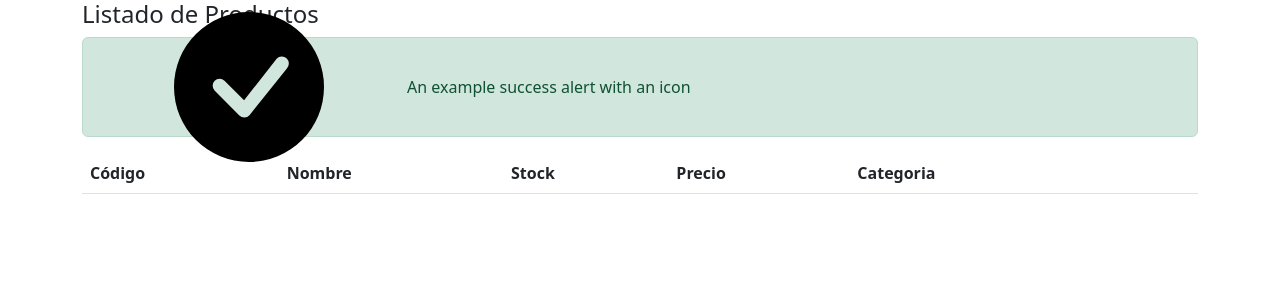
Repository: xJerson/ClaseSpring20-10-2023
Page: http://localhost/listado
An editor plug-in stored every save of this project. The page is shown before and after the next save, followed by the edit.
The browser window is 1280 px wide. The pictures show the whole page.
The page is this project's Thymeleaf template; nobody is signed in. The template is opened directly, without the code that normally fills it, so the values that code supplies are empty.

Above is the page before, as saved 2023-10-21 02:43:06.

### dawi_sesion06G2/src/main/resources/templates/listado.html
<!doctype html>
<html lang="es" xmlns:th="https://www.thymeleaf.org">
  <head>
    <meta charset="utf-8">
    <meta name="viewport" content="width=device-width, initial-scale=1">
    <title>Bootstrap demo</title>
    <link href="https://cdn.jsdelivr.net/npm/bootstrap@5.2.3/dist/css/bootstrap.min.css" rel="stylesheet" integrity="sha384-rbsA2VBKQhggwzxH7pPCaAqO46MgnOM80zW1RWuH61DGLwZJEdK2Kadq2F9CUG65" crossorigin="anonymous">
  </head>
  <body>
    <div class="container">
    	<h4>Listado de Productos</h4>

 <svg xmlns="http://www.w3.org/2000/svg" class="d-none">
  <symbol id="check-circle-fill" viewBox="0 0 16 16">
    <path d="M16 8A8 8 0 1 1 0 8a8 8 0 0 1 16 0zm-3.97-3.03a.75.75 0 0 0-1.08.022L7.477 9.417 5.384 7.323a.75.75 0 0 0-1.06 1.06L6.97 11.03a.75.75 0 0 0 1.079-.02l3.992-4.99a.75.75 0 0 0-.01-1.05z"/>
  </symbol>
  <symbol id="info-fill" viewBox="0 0 16 16">
    <path d="M8 16A8 8 0 1 0 8 0a8 8 0 0 0 0 16zm.93-9.412-1 4.705c-.07.34.029.533.304.533.194 0 .487-.07.686-.246l-.088.416c-.287.346-.92.598-1.465.598-.703 0-1.002-.422-.808-1.319l.738-3.468c.064-.293.006-.399-.287-.47l-.451-.081.082-.381 2.29-.287zM8 5.5a1 1 0 1 1 0-2 1 1 0 0 1 0 2z"/>
  </symbol>
  <symbol id="exclamation-triangle-fill" viewBox="0 0 16 16">
    <path d="M8.982 1.566a1.13 1.13 0 0 0-1.96 0L.165 13.233c-.457.778.091 1.767.98 1.767h13.713c.889 0 1.438-.99.98-1.767L8.982 1.566zM8 5c.535 0 .954.462.9.995l-.35 3.507a.552.552 0 0 1-1.1 0L7.1 5.995A.905.905 0 0 1 8 5zm.002 6a1 1 0 1 1 0 2 1 1 0 0 1 0-2z"/>
  </symbol>
</svg>

 <div class="alert alert-success d-flex align-items-center" role="alert" style="height: 100px;">
  <svg class="bi flex-shrink-0 me-2" role="img" aria-label="Success:"><use xlink:href="#check-circle-fill"/></svg>
  <div>
    An example success alert with an icon
  </div>
</div>


    	<table class="table table-hover" id="myTable">
    		<thead>
    			<tr>
    				<th scope="col">Código</th>
    				<th scope="col">Nombre</th>
    				<th scope="col">Stock</th>
    				<th scope="col">Precio</th>
    				<th scope="col">Categoria</th>
    				<th></th>
    				<th></th>
    			</tr>
    		</thead>
    		<tbody>
    			<tr th:each="p : ${lstProductos}">
    				<td th:text="${p.codigo}"></td>
    				<td th:text="${p.descripcion}"></td>
    				<td th:text="${p.stock}"></td>
    				<td th:text="${p.precio}"></td>
    				<td th:text="${p.categoria.descripcion}"></td>
    				<td>
						<a class="btn btn-warning" th:href="@{'/editar/' + ${p.codigo}}" role="button">Editar</a>
    				</td>
    				<td>
						<button type="button" class="btn btn-danger deletebtn">Eliminar</button>
					</td>
    			</tr>
    		</tbody>
    	</table>


    </div>

    	<div class="modal fade" id="eliminarModal" tabindex="-1" aria-labelledby="eliminarModalLabel" aria-hidden="true">
	  <div class="modal-dialog">
	    <div class="modal-content">
	      <div class="modal-header">
	        <h5 class="modal-title" id="editarModalLabel">Eliminar producto</h5>
	        <button type="button" class="btn-close" data-bs-dismiss="modal" aria-label="Close"></button>
	      </div>
	      	<form th:action="@{/eliminar}" method="post">
		      <div class="modal-body">
				 <input type="hidden" name="codigo" id="codigo">
				  <span id="nombreProducto"></span>
		      </div>
		      <div class="modal-footer">
		          <button type="button" class="btn btn-secondary" data-bs-dismiss="modal"> Cancelar </button>
		          <button type="submit" name="deletedata" class="btn btn-primary">Sí, eliminar</button>
		      </div>
		     </form>
	    </div>
		</div>
	</div>

	<script src="https://cdn.jsdelivr.net/npm/bootstrap@5.2.3/dist/js/bootstrap.bundle.min.js" integrity="sha384-kenU1KFdBIe4zVF0s0G1M5b4hcpxyD9F7jL+jjXkk+Q2h455rYXK/7HAuoJl+0I4" crossorigin="anonymous"></script>
 	<script src="https://code.jquery.com/jquery-3.7.1.min.js" integrity="sha256-/JqT3SQfawRcv/BIHPThkBvs0OEvtFFmqPF/lYI/Cxo=" crossorigin="anonymous"></script>

 	<script>

		 $(document).ready(function(){
			$('.deletebtn').on('click',function(){
				$('#eliminarModal').modal('show');
				$tr=$(this).closest('tr');
				var data=$tr.children("td").map(function(){
					return $(this).text();
				}).get();
				console.log(data);
				$('#codigo').val(data[0]);
				$('#nombreProducto').text('Estas seguro de eliminar el producto : '+data[1]+"?");

			})
		 });

	 </script>
  </body>
</html>

After the next save:
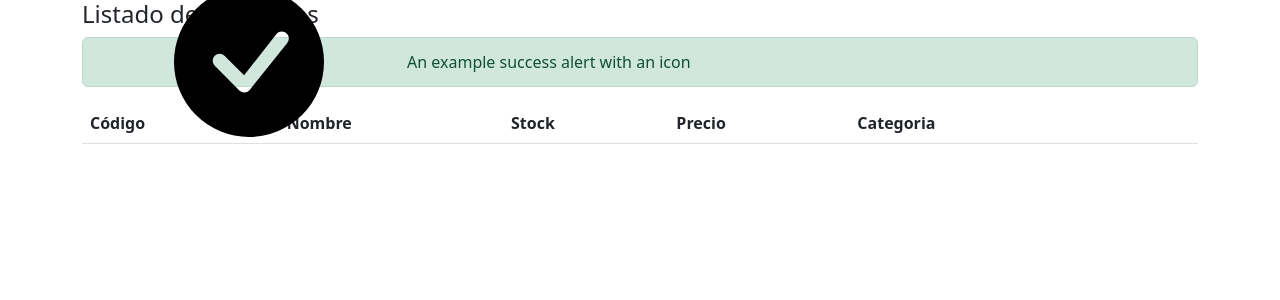
Saved 20 s later.
--- a/dawi_sesion06G2/src/main/resources/templates/listado.html
+++ b/dawi_sesion06G2/src/main/resources/templates/listado.html
@@ -22,7 +22,7 @@
   </symbol>
 </svg>
 
- <div class="alert alert-success d-flex align-items-center" role="alert" style="height: 100px;">
+ <div class="alert alert-success d-flex align-items-center" role="alert" style="height: 50px;">
   <svg class="bi flex-shrink-0 me-2" role="img" aria-label="Success:"><use xlink:href="#check-circle-fill"/></svg>
   <div>
     An example success alert with an icon
